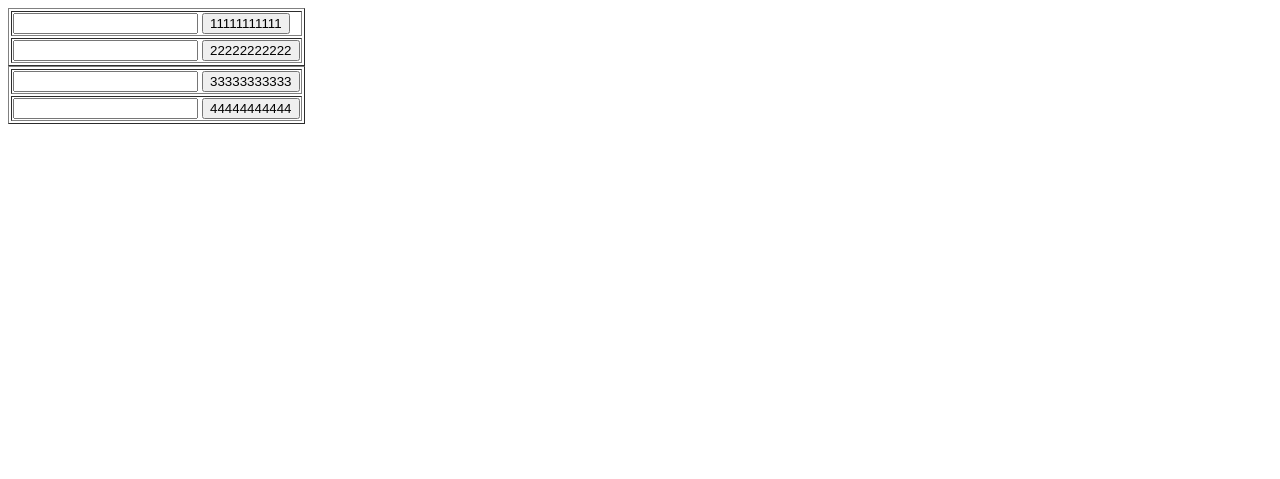
Repository: AgentHyun/FishDalle3
Page: Feb14_1_jQuery/WebContent/2_DOM_Select.html
An editor plug-in stored every save of this project. The page is shown before and after the next save, followed by the edit.
The browser window is 1280 px wide. The pictures show the whole page.

Above is the page before, as saved 2025-02-14 02:16:58.

After the next save:
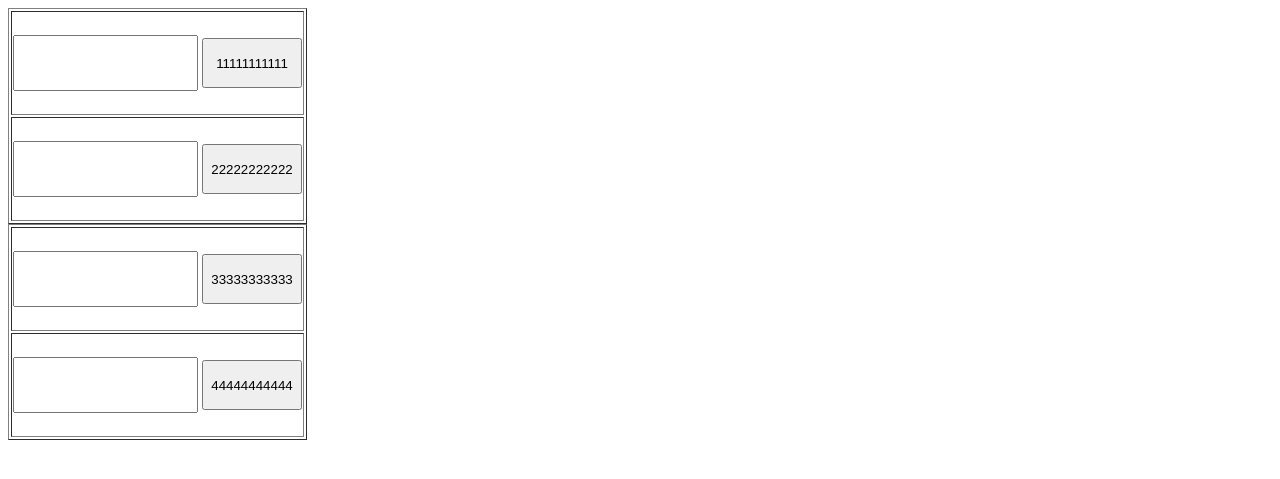
Saved 105 s later.
--- a/Feb14_1_jQuery/WebContent/2_DOM_Select.html
+++ b/Feb14_1_jQuery/WebContent/2_DOM_Select.html
@@ -2,6 +2,15 @@
 <html>
 <head>
 <meta charset="UTF-8">
+
+<style type = "text/css">
+td {height : 100px;}
+input {height : 50px;}
+button {width : 100px; height : 50px;}
+
+
+
+</style>
 <title>Insert title here</title>
 <script type = "text/javascript" src = "jQuery.js"></script>
 <script type = "text/javascript">
